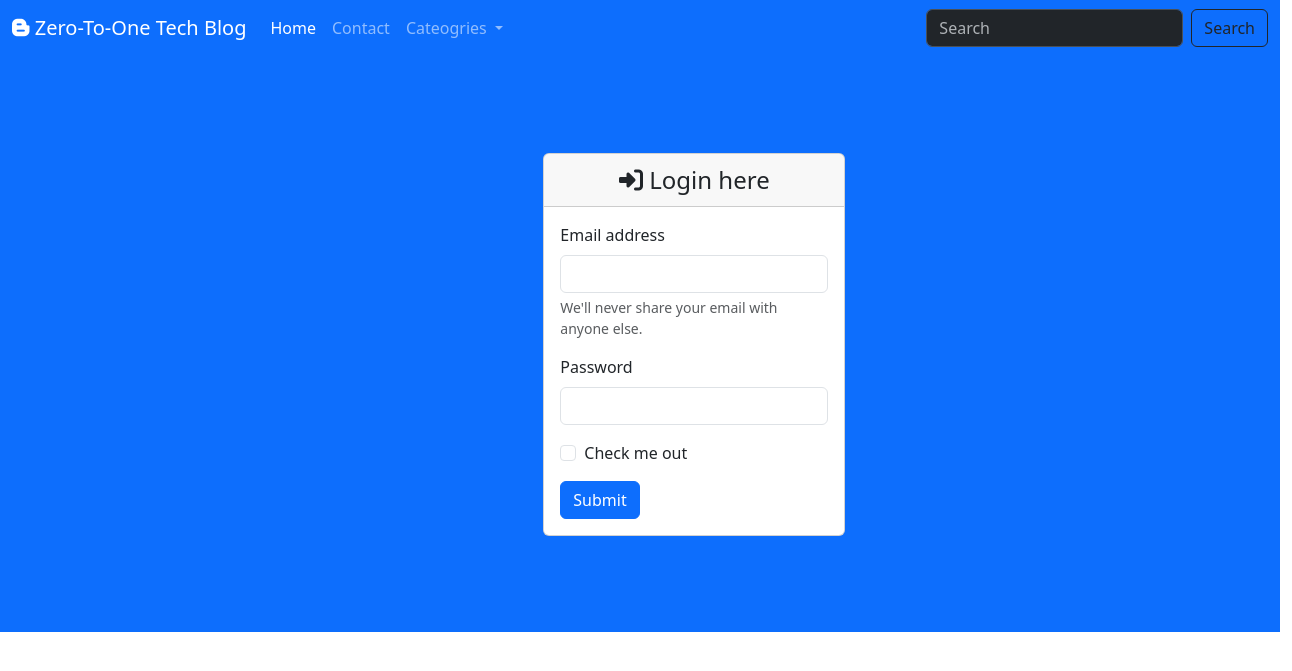
Repository: Gaurav560/PROJECT-ZeroToOne-TechBlog
Page: http://localhost/ZeroToOne/login_page.jsp
The author's editor kept a copy of each file at every save. The page is drawn from the files as they stood at one save, then again after the next save.
The browser window is 1280 px wide. The page is 1292 px wide, so the pictures cover 1292 px, including what lies to the right of the window. The pictures show the whole page.
Some web libraries are served in a nearby version. The page is served by Tomcat 9. Other server files are loaded and not shown.

Above is the page before, as saved 2023-04-29 10:07:19.

### ZeroToOne/src/main/webapp/login_page.jsp
<%@ page language="java" contentType="text/html; charset=ISO-8859-1"
	pageEncoding="ISO-8859-1"%>
<!DOCTYPE html>
<html>
<head>
<meta charset="ISO-8859-1">
<title>Login Page</title>
<!--  Bootstrap css-->
<link
	href="https://cdn.jsdelivr.net/npm/bootstrap@5.3.0-alpha3/dist/css/bootstrap.min.css"
	rel="stylesheet"
	integrity="sha384-KK94CHFLLe+nY2dmCWGMq91rCGa5gtU4mk92HdvYe+M/SXH301p5ILy+dN9+nJOZ"
	crossorigin="anonymous">
<!--css  -->
<link href="css/style.css" rel="stylesheet" type="text/css" />
<!-- font-awesome -->
<script src="https://kit.fontawesome.com/d52455da93.js"
	crossorigin="anonymous"></script>
</head>
<body>
<%@include file="indexNavbar.jsp" %>


	<div class="d-grid align-items-center bg-primary" style="height:80vh">
		<div class="contaier ">
			<div class="row">
				<div class="col-md-3 offset-md-5">
					<div class="card">

						<div class="card-header fs-4 text-center"><i class="fa-solid  fa-right-to-bracket"></i>   Login here</div>
						<div class="card-body">

							<form>
								<div class="mb-3">
									<label for="exampleInputEmail1" class="form-label">Email
										address</label> <input type="email" class="form-control"
										id="exampleInputEmail1" aria-describedby="emailHelp">
									<div id="emailHelp" class="form-text">We'll never share
										your email with anyone else.</div>
								</div>
								<div class="mb-3">
									<label for="exampleInputPassword1" class="form-label">Password</label>
									<input type="password" class="form-control"
										id="exampleInputPassword1">
								</div>
								<div class="mb-3 form-check">
									<input type="checkbox" class="form-check-input"
										id="exampleCheck1"> <label class="form-check-label"
										for="exampleCheck1">Check me out</label>
								</div>
								<button type="submit" class="btn btn-primary">Submit</button>
							</form>
						</div>
					</div>
					<form action="" method="post"></form>
				</div>
			</div>
		</div>

	</div>

















	<!-- jquery cdn -->
	<script src="https://code.jquery.com/jquery-3.6.4.min.js"
		integrity="sha256-oP6HI9z1XaZNBrJURtCoUT5SUnxFr8s3BzRl+cbzUq8="
		crossorigin="anonymous">

	</script>

	<!-- js  -->

	<script
		src="https://cdn.jsdelivr.net/npm/bootstrap@5.3.0-alpha3/dist/js/bootstrap.bundle.min.js"
		integrity="sha384-ENjdO4Dr2bkBIFxQpeoTz1HIcje39Wm4jDKdf19U8gI4ddQ3GYNS7NTKfAdVQSZe"
		crossorigin="anonymous"></script>
	<script src="js/myjs.js" type="text/javascript"></script>

</body>
</html>

### ZeroToOne/src/main/webapp/indexNavbar.jsp
<nav class="navbar navbar-expand-lg  bg-primary dar "   data-bs-theme="dark">
	<div class="container-fluid">

         <a class="navbar-brand" href="#"><i class="fa-brands fa-blogger-b"></i> Zero-To-One Tech Blog </a>
		<button class="navbar-toggler" type="button" data-bs-toggle="collapse"
			data-bs-target="#navbarSupportedContent"
			aria-controls="navbarSupportedContent" aria-expanded="false"
			aria-label="Toggle navigation">
			<span class="navbar-toggler-icon"></span>
		</button>
		<div class="collapse navbar-collapse" id="navbarSupportedContent">
			<ul class="navbar-nav me-auto mb-2 mb-lg-0">
				<li class="nav-item"><a class="nav-link active"
					aria-current="page" href="#">Home</a></li>
				<li class="nav-item"><a class="nav-link" href="#">Contact</a></li>
				<li class="nav-item dropdown"><a
					class="nav-link dropdown-toggle" href="#" role="button"
					data-bs-toggle="dropdown" aria-expanded="false">Cateogries </a>
					<ul class="dropdown-menu">
						<li><a class="dropdown-item" href="#">Action</a></li>
						<li><a class="dropdown-item" href="#">Another action</a></li>
						<li><hr class="dropdown-divider"></li>
						<li><a class="dropdown-item" href="#">Something else here</a></li>
					</ul></li>

			</ul>
			<form class="d-flex" role="search">
				<input class="form-control me-2" type="search" placeholder="Search"
					aria-label="Search">
				<button class="btn btn-outline-dark" type="submit">Search</button>
			</form>
		</div>
	</div>
</nav>

### ZeroToOne/src/main/webapp/css/style.css
.bg-dar{

	padding:14px;
}
.jumbo{
	padding:60px;
}
.banner-background{
clip-path: polygon(30% 0%, 70% 0%, 100% 0, 100% 91%, 77% 88%, 36% 94%, 0 90%, 0 0);



}

Loaded but not shown: ZeroToOne/ZeroToOne/js/myjs.js (no stored copy; drawn as an empty file)

After the next save:
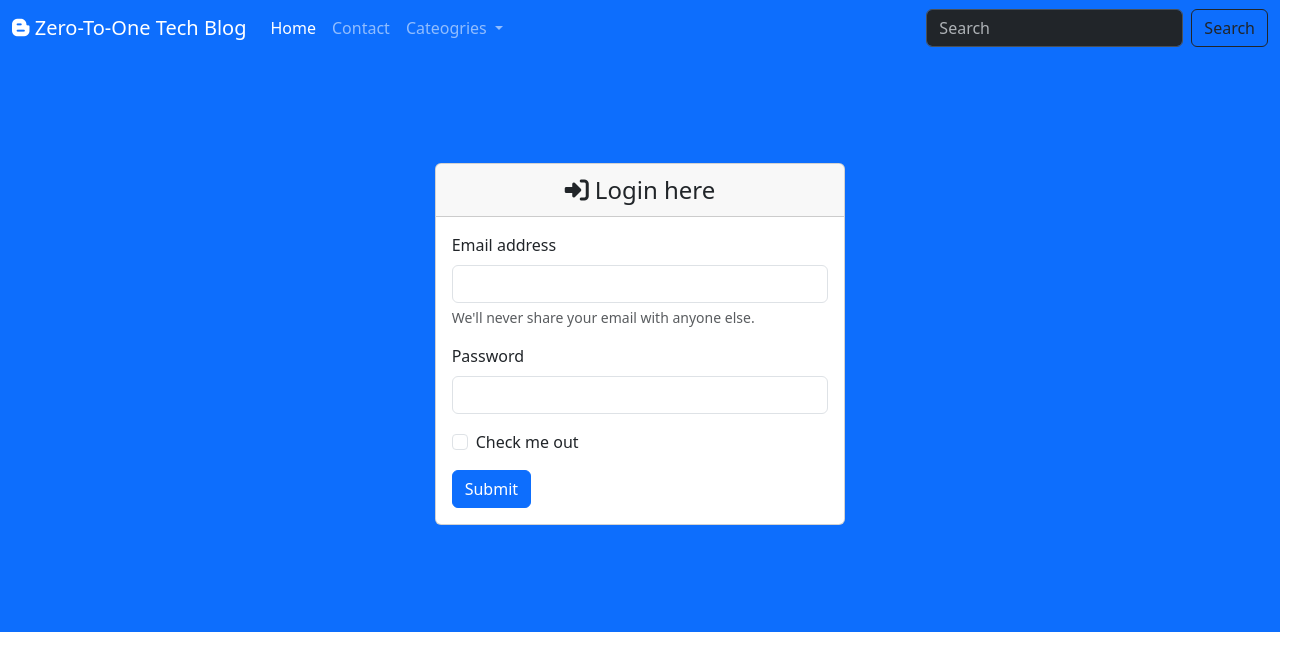
Saved 11 s later.
--- a/ZeroToOne/src/main/webapp/login_page.jsp
+++ b/ZeroToOne/src/main/webapp/login_page.jsp
@@ -24,7 +24,7 @@
 	<div class="d-grid align-items-center bg-primary" style="height:80vh">
 		<div class="contaier ">
 			<div class="row">
-				<div class="col-md-3 offset-md-5">
+				<div class="col-md-4 offset-md-4">
 					<div class="card">
 
 						<div class="card-header fs-4 text-center"><i class="fa-solid  fa-right-to-bracket"></i>   Login here</div>
